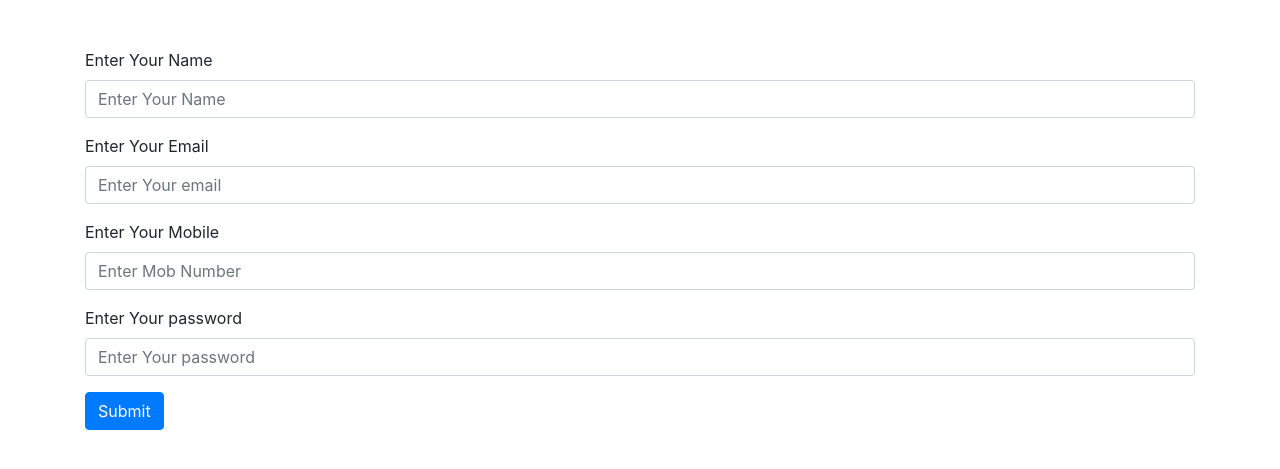
Repository: AMIT1439027/crud-app
Page: http://localhost/user.php
These files come from the project's save history. The page is drawn as it stood at one moment and after the next save; the edit follows.
The browser window is 1280 px wide. The pictures show the whole page.
The page is run by PHP 8.4 with error messages shown; the project is at /var/www/html/.

Above is the page before, as saved 2024-04-25 10:15:15.

### user.php
<?php
 include('connect.php');
if(isset($_POST))

?>


<!doctype html>
<html lang="en">
  <head>
    <!-- Required meta tags -->
    <meta charset="utf-8">
    <meta name="viewport" content="width=device-width, initial-scale=1, shrink-to-fit=no">

    <!-- Bootstrap CSS -->
    <link rel="stylesheet" href="https://cdn.jsdelivr.net/npm/bootstrap@4.0.0/dist/css/bootstrap.min.css" integrity="sha384-Gn5384xqQ1aoWXA+058RXPxPg6fy4IWvTNh0E263XmFcJlSAwiGgFAW/dAiS6JXm" crossorigin="anonymous">

    <title>Crud Operation</title>
  </head>
  <body>
  <div class="container my-5">

  <form method ="post">
  <div class="form-group">
    <label >Enter Your Name</label>
    <input type="text" name ="name"  class="form-control" placeholder="Enter Your Name " autocomplete="off">

  </div>

  <div class="form-group">
    <label >Enter Your Email</label>
    <input type="email" name ="email"  class="form-control" placeholder="Enter Your email ">

  </div>
  <div class="form-group">
    <label >Enter Your Mobile</label>
    <input type="text" name ="mobile"  class="form-control" placeholder="Enter Mob Number  ">

  </div>
  <div class="form-group">
    <label >Enter Your password</label>
    <input type="password" name ="password"  class="form-control" placeholder="Enter Your password">

  </div>
  <button type="submit" name ='submit' class="btn btn-primary">Submit</button>
</form>
  </div>

  </body>
</html>

### connect.php
<?php
  $con = new mysqli('localhost', 'root', 'mysql143', 'crudoperation');

  if(!$con){
    // echo " Connection successful";
    die(mysqli_error($con));
  }
//   }else{
//     die(mysqli_error($con));
//   }

?>

After the next save:
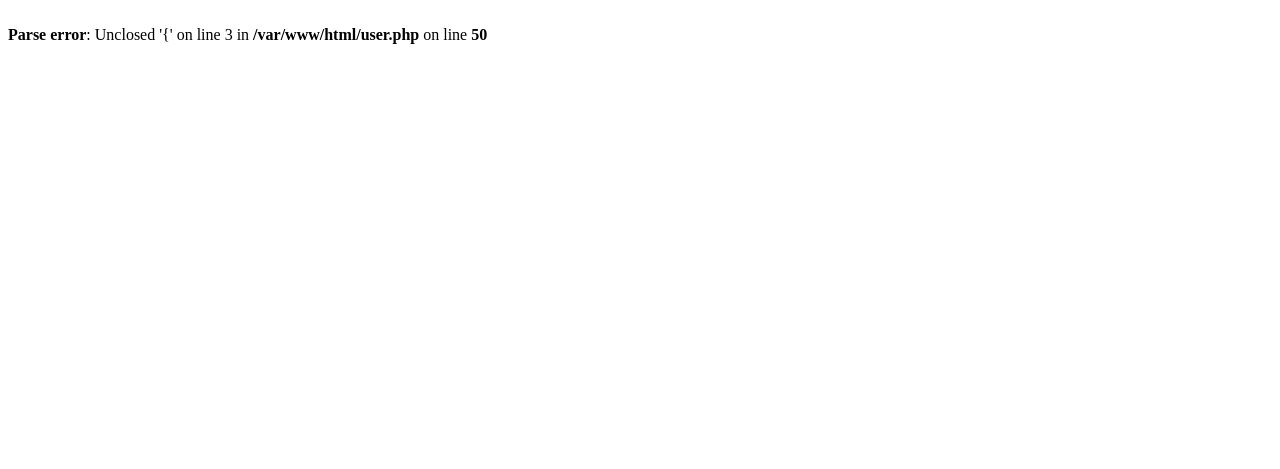
Saved 4 s later.
--- a/user.php
+++ b/user.php
@@ -1,6 +1,6 @@
 <?php
  include('connect.php');
-if(isset($_POST))
+if(isset($_POST['submit'])) {
 
 ?>
 
